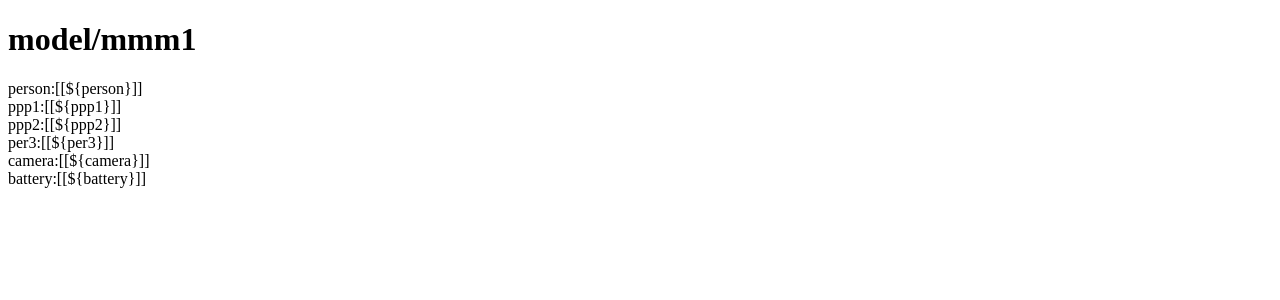
Repository: Yousehyeon/spring_work
Page: stsMvcProj/src/main/webapp/views/model/mmm1.html
These files come from the project's save history. The page is drawn as it stood at one moment and after the next save; the edit follows.
The browser window is 1280 px wide. The pictures show the whole page.

Above is the page before, as saved 2023-08-23 07:43:26.

After the next save:
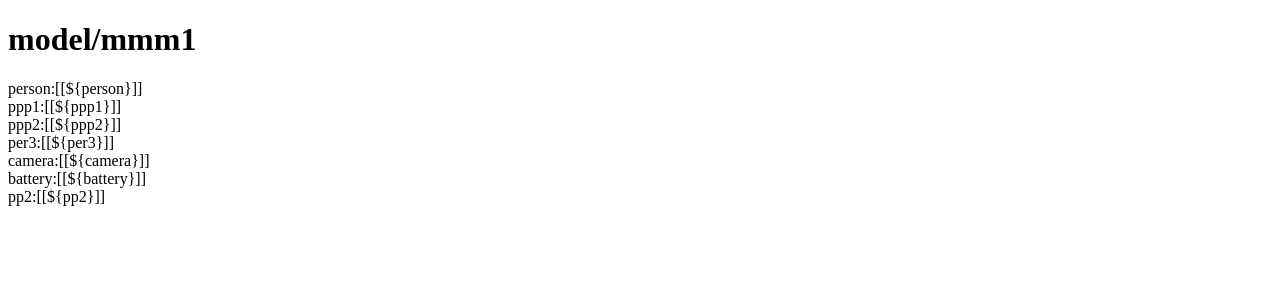
Saved 7 min 48 s later.
--- a/stsMvcProj/src/main/webapp/views/model/mmm1.html
+++ b/stsMvcProj/src/main/webapp/views/model/mmm1.html
@@ -12,5 +12,6 @@
 per3:[[${per3}]]<br/>
 camera:[[${camera}]]<br/>
 battery:[[${battery}]]<br/>
+pp2:[[${pp2}]]<br/>
 </body>
 </html>
